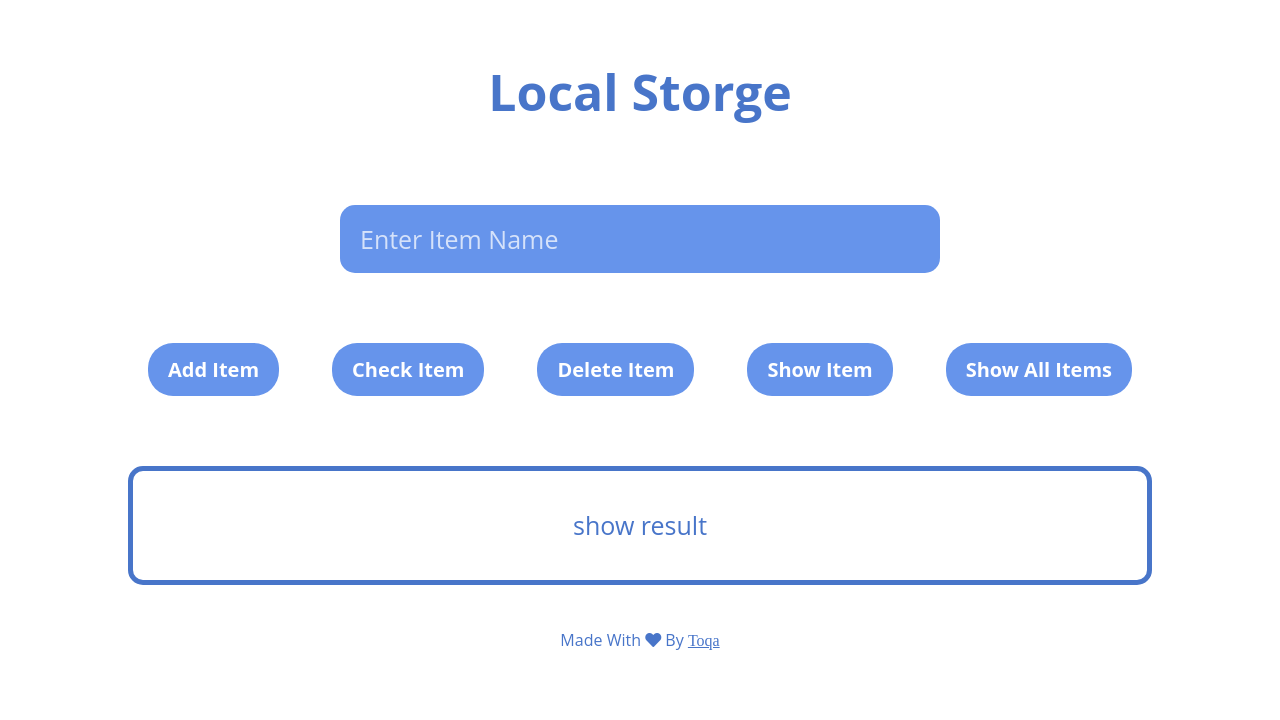
Repository: Toqa-25/local-storge
Page: index.html
The author's editor kept a copy of each file at every save. The page is drawn from the files as they stood at one save, then again after the next save.
The browser window is 1280 px wide. The pictures show the whole page.
Some web fonts or font styles are not loaded; a fallback is used.

Above is the page before, as saved 2022-02-15 22:45:40.

After the next save:
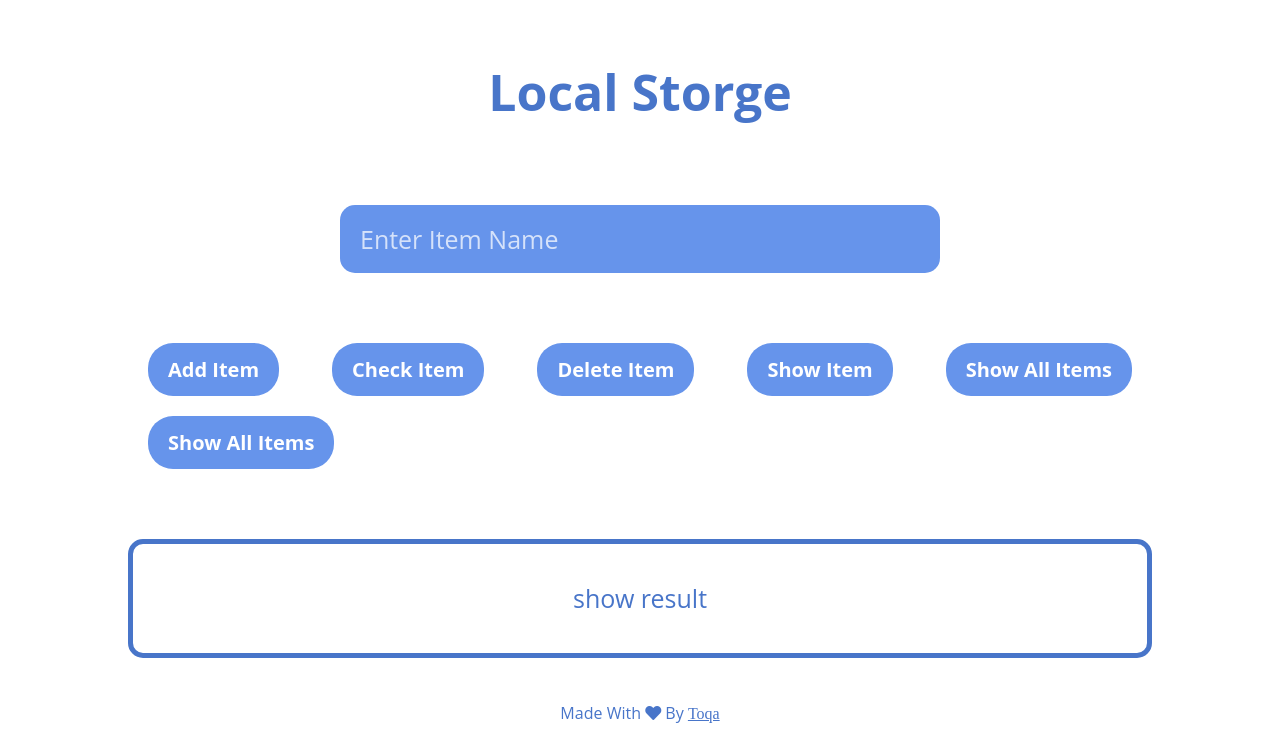
Saved 4 min 45 s later.
--- a/index.html
+++ b/index.html
@@ -27,6 +27,7 @@
          <button class="btn" id="delete">delete item</button>
          <button class="btn" id="show">show item</button>
          <button class="btn" id="show-all">show all items</button>
+         <button class="btn" id="show-all">show all items</button>
      </div>
      <div class="result">
          <p class="result-content">show result</p>
